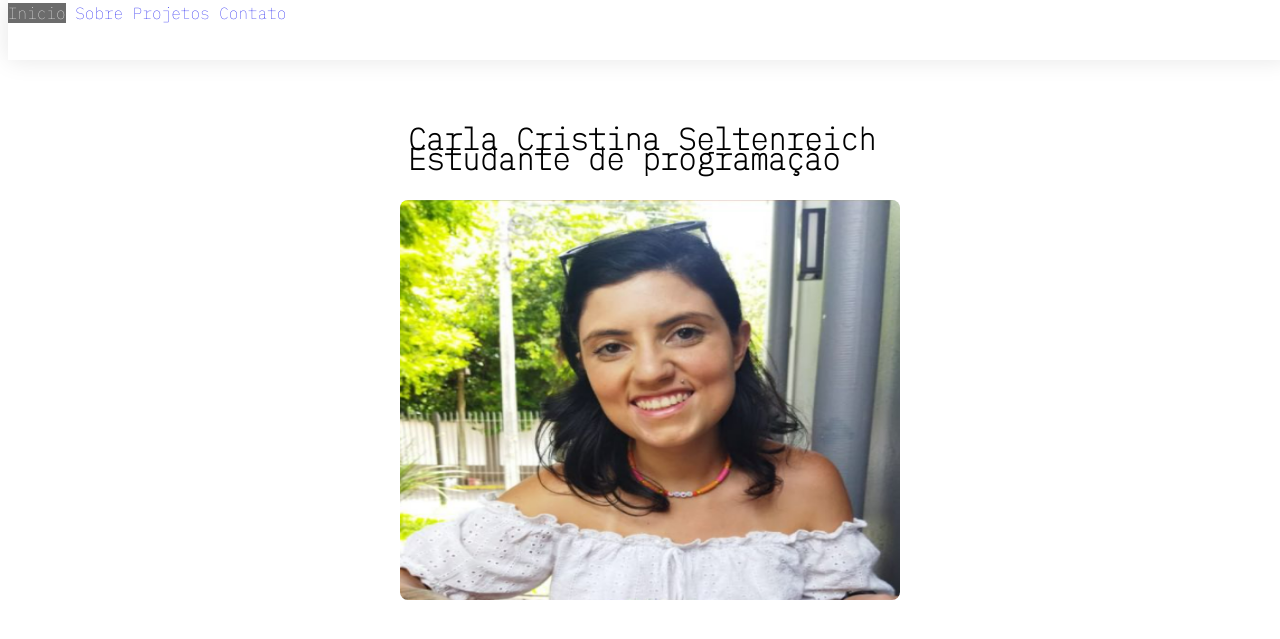
Repository: carla-seltenreich/portfolio
Page: index.html
The author's editor kept a copy of each file at every save. The page is drawn from the files as they stood at one save, then again after the next save.
The browser window is 1280 px wide. The pictures show the whole page.

Above is the page before, as saved 2022-05-23 17:25:00.

After the next save:
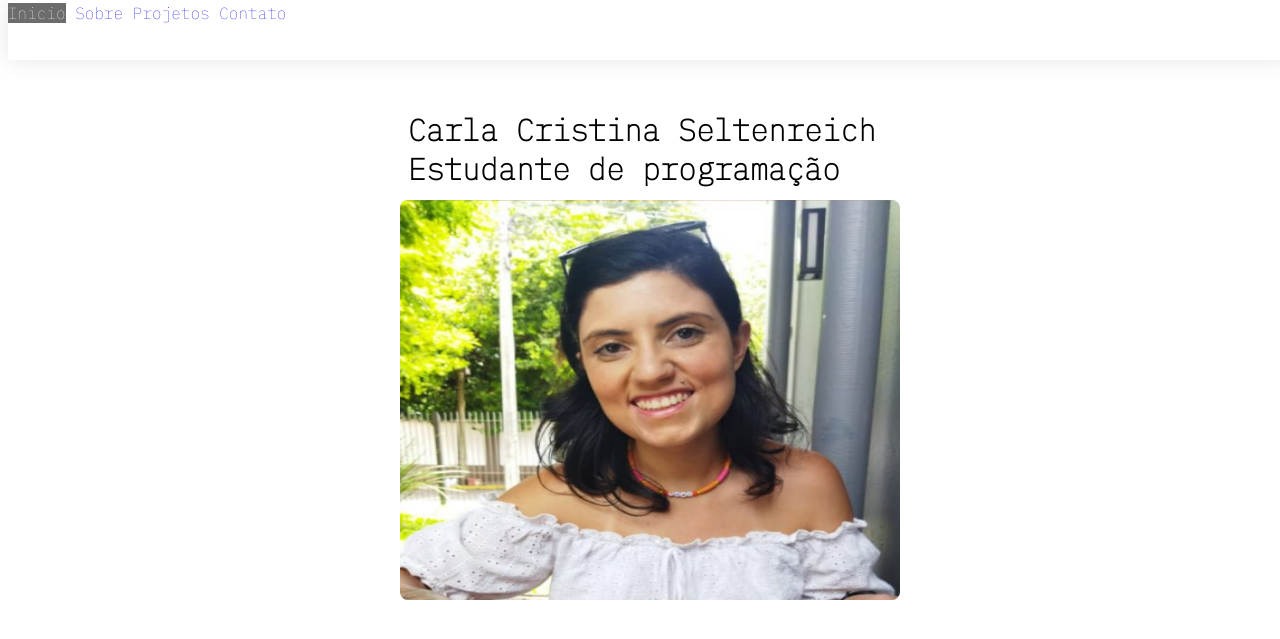
Saved 2 min 47 s later.
--- a/style.css
+++ b/style.css
@@ -53,7 +53,6 @@ body {
     left: 400px;
     top: 100px;
     font-size: 30px;
-    line-height: 20px;
     display: flex;
     align-items: center;
 
